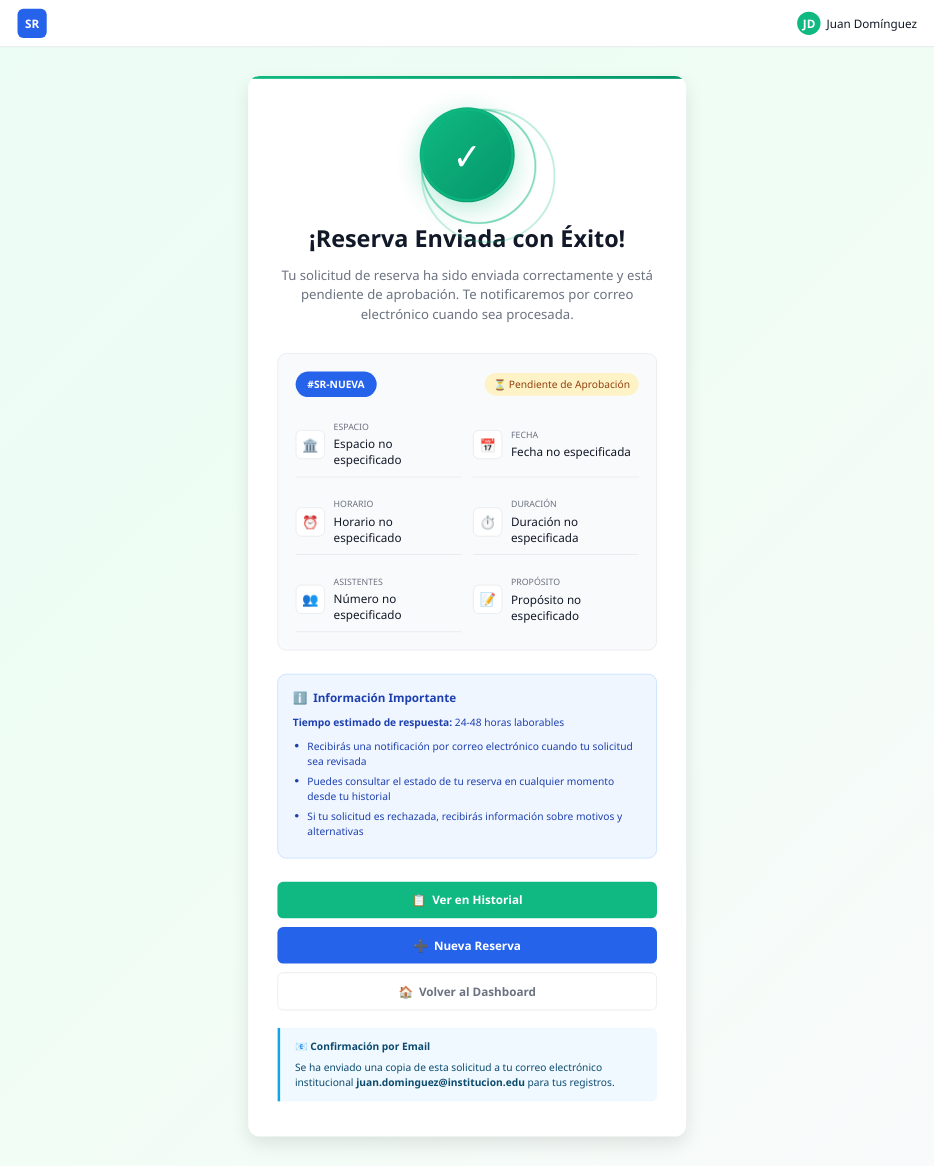
Repository: KeviNozh/Reservadeaula
Page: reservas/templates/reservas/reserva_exitosa.html
These files come from the project's save history. The page is drawn as it stood at one moment and after the next save; the edit follows.
The browser window is 1280 px wide. The pictures show the whole page, at 73% of full size.
The template is drawn by Django 5.2. The application's start-up code is not run. Other server files are loaded and not shown. The template is opened directly, without the code that normally fills it, so the values that code supplies are empty.

Above is the page before, as saved 2025-10-30 00:41:34.

### Inacap_reserva/reservas/templates/reservas/reserva_exitosa.html
<!DOCTYPE html>
<html lang="es">
<head>
    <meta charset="UTF-8">
    <meta name="viewport" content="width=device-width, initial-scale=1.0">
    <title>Confirmación - Sistema de Reservas</title>
    <style>
        * {
            margin: 0;
            padding: 0;
            box-sizing: border-box;
        }

        body {
            font-family: 'Segoe UI', Tahoma, Geneva, Verdana, sans-serif;
            background: linear-gradient(135deg, #ecfdf5 0%, #f0fdf4 50%, #f9fafb 100%);
            color: #111827;
            min-height: 100vh;
            display: flex;
            flex-direction: column;
        }

        /* Header */
        .header {
            background: white;
            border-bottom: 1px solid #e5e7eb;
            padding: 0 24px;
            height: 64px;
            display: flex;
            align-items: center;
            justify-content: space-between;
            box-shadow: 0 1px 3px rgba(0, 0, 0, 0.1);
        }

        .logo-section {
            display: flex;
            align-items: center;
            gap: 12px;
        }

        .logo {
            width: 40px;
            height: 40px;
            background: #2563eb;
            border-radius: 8px;
            display: flex;
            align-items: center;
            justify-content: center;
            color: white;
            font-weight: bold;
        }

        .user-menu {
            display: flex;
            align-items: center;
            gap: 8px;
        }

        .user-avatar {
            width: 32px;
            height: 32px;
            background: #10b981;
            border-radius: 50%;
            display: flex;
            align-items: center;
            justify-content: center;
            color: white;
            font-weight: 600;
        }

        /* Main Content */
        .main-content {
            flex: 1;
            display: flex;
            align-items: center;
            justify-content: center;
            padding: 40px 24px;
        }

        .confirmation-container {
            background: white;
            border-radius: 16px;
            box-shadow: 0 10px 25px rgba(0, 0, 0, 0.1);
            padding: 48px 40px;
            max-width: 600px;
            width: 100%;
            text-align: center;
            position: relative;
            overflow: hidden;
        }

        .confirmation-container::before {
            content: '';
            position: absolute;
            top: 0;
            left: 0;
            right: 0;
            height: 4px;
            background: linear-gradient(90deg, #10b981, #059669);
        }

        /* Success Animation */
        .success-animation {
            width: 120px;
            height: 120px;
            margin: 0 auto 32px;
            position: relative;
            animation: successPulse 2s ease-in-out infinite;
        }

        .success-icon {
            width: 120px;
            height: 120px;
            background: linear-gradient(135deg, #10b981, #059669);
            border-radius: 50%;
            display: flex;
            align-items: center;
            justify-content: center;
            font-size: 48px;
            color: white;
            box-shadow: 0 8px 32px rgba(16, 185, 129, 0.3);
        }

        @keyframes successPulse {
            0%, 100% { transform: scale(1); }
            50% { transform: scale(1.05); }
        }

        .success-rings {
            position: absolute;
            top: 50%;
            left: 50%;
            transform: translate(-50%, -50%);
            width: 120px;
            height: 120px;
        }

        .success-ring {
            position: absolute;
            border: 2px solid #10b981;
            border-radius: 50%;
            opacity: 0;
            animation: ringExpand 2s ease-out infinite;
        }

        .success-ring:nth-child(1) {
            animation-delay: 0s;
        }

        .success-ring:nth-child(2) {
            animation-delay: 0.5s;
        }

        .success-ring:nth-child(3) {
            animation-delay: 1s;
        }

        @keyframes ringExpand {
            0% {
                width: 120px;
                height: 120px;
                opacity: 1;
            }
            100% {
                width: 200px;
                height: 200px;
                opacity: 0;
            }
        }

        /* Content */
        .success-title {
            font-size: 32px;
            font-weight: 700;
            color: #111827;
            margin-bottom: 16px;
        }

        .success-message {
            font-size: 18px;
            color: #6b7280;
            margin-bottom: 40px;
            line-height: 1.5;
        }

        /* Reservation Details Card */
        .reservation-card {
            background: #f9fafb;
            border: 1px solid #e5e7eb;
            border-radius: 12px;
            padding: 24px;
            margin-bottom: 32px;
            text-align: left;
        }

        .reservation-header {
            display: flex;
            align-items: center;
            justify-content: space-between;
            margin-bottom: 20px;
            flex-wrap: wrap;
            gap: 12px;
        }

        .reservation-number {
            background: #2563eb;
            color: white;
            padding: 8px 16px;
            border-radius: 20px;
            font-weight: 600;
            font-size: 14px;
        }

        .reservation-status {
            display: flex;
            align-items: center;
            gap: 6px;
            background: #fef3c7;
            color: #92400e;
            padding: 6px 12px;
            border-radius: 20px;
            font-size: 14px;
            font-weight: 500;
        }

        .reservation-details {
            display: grid;
            grid-template-columns: repeat(auto-fit, minmax(200px, 1fr));
            gap: 16px;
        }

        .detail-item {
            display: flex;
            align-items: center;
            gap: 12px;
            padding: 12px 0;
            border-bottom: 1px solid #e5e7eb;
        }

        .detail-item:last-child {
            border-bottom: none;
        }

        .detail-icon {
            width: 40px;
            height: 40px;
            background: white;
            border-radius: 8px;
            display: flex;
            align-items: center;
            justify-content: center;
            font-size: 18px;
            border: 1px solid #e5e7eb;
        }

        .detail-content {
            flex: 1;
        }

        .detail-label {
            font-size: 12px;
            color: #6b7280;
            text-transform: uppercase;
            font-weight: 500;
            margin-bottom: 4px;
        }

        .detail-value {
            font-size: 16px;
            color: #111827;
            font-weight: 500;
        }

        /* Information Section */
        .info-section {
            background: #eff6ff;
            border: 1px solid #bfdbfe;
            border-radius: 12px;
            padding: 20px;
            margin-bottom: 32px;
            text-align: left;
        }

        .info-header {
            display: flex;
            align-items: center;
            gap: 8px;
            margin-bottom: 12px;
        }

        .info-title {
            font-size: 16px;
            font-weight: 600;
            color: #1e40af;
        }

        .info-content {
            color: #1e40af;
            font-size: 14px;
            line-height: 1.5;
        }

        .info-list {
            margin: 12px 0 0 0;
            padding-left: 20px;
        }

        .info-list li {
            margin-bottom: 6px;
        }

        /* Action Buttons */
        .action-buttons {
            display: flex;
            flex-direction: column;
            gap: 12px;
        }

        .action-btn {
            padding: 14px 24px;
            border: none;
            border-radius: 8px;
            font-weight: 600;
            font-size: 16px;
            cursor: pointer;
            transition: all 0.3s ease;
            text-decoration: none;
            display: flex;
            align-items: center;
            justify-content: center;
            gap: 8px;
        }

        .action-btn.primary {
            background: #10b981;
            color: white;
        }

        .action-btn.primary:hover {
            background: #059669;
            transform: translateY(-2px);
            box-shadow: 0 4px 12px rgba(16, 185, 129, 0.3);
        }

        .action-btn.secondary {
            background: #2563eb;
            color: white;
        }

        .action-btn.secondary:hover {
            background: #1d4ed8;
            transform: translateY(-2px);
            box-shadow: 0 4px 12px rgba(37, 99, 235, 0.3);
        }

        .action-btn.link {
            background: none;
            color: #6b7280;
            border: 1px solid #e5e7eb;
        }

        .action-btn.link:hover {
            background: #f9fafb;
            color: #374151;
        }

        /* Additional Info */
        .additional-info {
            background: #f0f9ff;
            border-left: 4px solid #0ea5e9;
            padding: 16px 20px;
            margin-top: 24px;
            border-radius: 0 8px 8px 0;
            text-align: left;
        }

        .additional-info-title {
            font-size: 14px;
            font-weight: 600;
            color: #0c4a6e;
            margin-bottom: 8px;
        }

        .additional-info-text {
            font-size: 14px;
            color: #0c4a6e;
            line-height: 1.5;
        }

        /* Responsive */
        @media (max-width: 768px) {
            .main-content {
                padding: 20px 16px;
            }

            .confirmation-container {
                padding: 32px 24px;
            }

            .success-title {
                font-size: 28px;
            }

            .success-message {
                font-size: 16px;
            }

            .reservation-details {
                grid-template-columns: 1fr;
            }

            .reservation-header {
                flex-direction: column;
                align-items: flex-start;
            }

            .action-buttons {
                margin-top: 24px;
            }
        }

        @media (max-width: 480px) {
            .success-animation {
                width: 100px;
                height: 100px;
            }

            .success-icon {
                width: 100px;
                height: 100px;
                font-size: 40px;
            }

            .success-rings {
                width: 100px;
                height: 100px;
            }

            .success-title {
                font-size: 24px;
            }
        }
    </style>
</head>
<body>
    <!-- Header -->
    <header class="header">
        <div class="logo-section">
            <div class="logo">SR</div>
        </div>

        <div class="user-menu">
            <div class="user-avatar">JD</div>
            <span>Juan Domínguez</span>
        </div>
    </header>

    <!-- Main Content -->
    <main class="main-content">
        <div class="confirmation-container">
            <!-- Success Animation -->
            <div class="success-animation">
                <div class="success-icon">✓</div>
                <div class="success-rings">
                    <div class="success-ring"></div>
                    <div class="success-ring"></div>
                    <div class="success-ring"></div>
                </div>
            </div>

            <!-- Success Message -->
            <h1 class="success-title">¡Reserva Enviada con Éxito!</h1>
            <p class="success-message">
                Tu solicitud de reserva ha sido enviada correctamente y está pendiente de aprobación.
                Te notificaremos por correo electrónico cuando sea procesada.
            </p>

            <!-- Reservation Details Card -->
           <!-- Reservation Details Card -->
            <!-- Reservation Details Card -->
            <div class="reservation-card">
                <div class="reservation-header">
                    <div class="reservation-number">
                        {% if reserva %}
                            #SR-{{ reserva.id }}
                        {% else %}
                            #SR-NUEVA
                        {% endif %}
                        </div>
                        <div class="reservation-status">
                        ⏳ Pendiente de Aprobación
                    </div>
                </div>

                <div class="reservation-details">
                    <div class="detail-item">
                        <div class="detail-icon">🏛️</div>
                        <div class="detail-content">
                            <div class="detail-label">Espacio</div>
                            <div class="detail-value">
                                {% if reserva and reserva.espacio %}
                                    {{ reserva.espacio.nombre }}
                                {% else %}
                                    Espacio no especificado
                                {% endif %}
                            </div>
                        </div>
                    </div>

                    <div class="detail-item">
                        <div class="detail-icon">📅</div>
                        <div class="detail-content">
                            <div class="detail-label">Fecha</div>
                            <div class="detail-value">
                                {% if reserva and reserva.fecha_reserva %}
                                    {{ reserva.fecha_reserva|date:"l, d M Y" }}
                                {% else %}
                                    Fecha no especificada
                                {% endif %}
                            </div>
                        </div>
                    </div>

                    <div class="detail-item">
                        <div class="detail-icon">⏰</div>
                        <div class="detail-content">
                            <div class="detail-label">Horario</div>
                            <div class="detail-value">
                                {% if reserva and reserva.hora_inicio and reserva.hora_fin %}
                                    {{ reserva.hora_inicio|time:"H:i" }} - {{ reserva.hora_fin|time:"H:i" }}
                                {% else %}
                                    Horario no especificado
                                {% endif %}
                            </div>
                        </div>
                    </div>

                    <div class="detail-item">
                        <div class="detail-icon">⏱️</div>
                        <div class="detail-content">
                            <div class="detail-label">Duración</div>
                            <div class="detail-value">
                                {% if reserva and reserva.hora_inicio and reserva.hora_fin %}
                                    {% with inicio=reserva.hora_inicio fin=reserva.hora_fin %}
                                        {{ fin.hour|add:fin.minute|divisibleby:60 }} horas
                                    {% endwith %}
                                {% else %}
                                    Duración no especificada
                                {% endif %}
                            </div>
                        </div>
                    </div>

                    <div class="detail-item">
                        <div class="detail-icon">👥</div>
                        <div class="detail-content">
                            <div class="detail-label">Asistentes</div>
                            <div class="detail-value">
                                {% if reserva and reserva.num_asistentes %}
                                    {{ reserva.num_asistentes }} personas
                                {% else %}
                                    Número no especificado
                                {% endif %}
                            </div>
                        </div>
                    </div>

                    <div class="detail-item">
                        <div class="detail-icon">📝</div>
                        <div class="detail-content">
                            <div class="detail-label">Propósito</div>
                            <div class="detail-value">
                                {% if reserva and reserva.proposito %}
                                    {{ reserva.proposito }}
                                {% else %}
                                    Propósito no especificado
                                {% endif %}
                            </div>
                        </div>
                    </div>
                </div>
            </div>

            <!-- Information Section -->
            <div class="info-section">
                <div class="info-header">
                    <span>ℹ️</span>
                    <h3 class="info-title">Información Importante</h3>
                </div>
                <div class="info-content">
                    <strong>Tiempo estimado de respuesta:</strong> 24-48 horas laborables
                    <ul class="info-list">
                        <li>Recibirás una notificación por correo electrónico cuando tu solicitud sea revisada</li>
                        <li>Puedes consultar el estado de tu reserva en cualquier momento desde tu historial</li>
                        <li>Si tu solicitud es rechazada, recibirás información sobre motivos y alternativas</li>
                    </ul>
                </div>
            </div>

            <!-- Action Buttons -->
            <div class="action-buttons">
                <a href="#" class="action-btn primary">
                    <span>📋</span>
                    Ver en Historial
                </a>
                <a href="#" class="action-btn secondary">
                    <span>➕</span>
                    Nueva Reserva
                </a>
                <a href="#" class="action-btn link">
                    <span>🏠</span>
                    Volver al Dashboard
                </a>
            </div>

            <!-- Additional Info -->
            <div class="additional-info">
                <h4 class="additional-info-title">📧 Confirmación por Email</h4>
                <p class="additional-info-text">
                    Se ha enviado una copia de esta solicitud a tu correo electrónico institucional
                    <strong>juan.dominguez@institucion.edu</strong> para tus registros.
                </p>
            </div>
        </div>
    </main>

    <script>
        // Add some interactive effects
        document.addEventListener('DOMContentLoaded', function() {
            // Animate the success icon after page load
            setTimeout(() => {
                const successIcon = document.querySelector('.success-icon');
                successIcon.style.animation = 'successPulse 2s ease-in-out infinite';
            }, 500);

            // Add click handlers for buttons
            const buttons = document.querySelectorAll('.action-btn');
            buttons.forEach(button => {
                button.addEventListener('click', function(e) {
                    e.preventDefault();

                    // Add click animation
                    this.style.transform = 'scale(0.98)';
                    setTimeout(() => {
                        this.style.transform = '';
                    }, 150);

                    // Handle different button actions
                    const buttonText = this.textContent.trim();
                    if (buttonText.includes('Historial')) {
                        alert('Redirigiendo al historial de reservas...');
                    } else if (buttonText.includes('Nueva Reserva')) {
                        alert('Abriendo formulario de nueva reserva...');
                    } else if (buttonText.includes('Dashboard')) {
                        alert('Volviendo al dashboard principal...');
                    }
                });
            });

            // Copy reservation number functionality
            const reservationNumber = document.querySelector('.reservation-number');
            reservationNumber.addEventListener('click', function() {
                const text = this.textContent.trim();
                navigator.clipboard.writeText(text).then(() => {
                    const originalText = this.textContent;
                    this.textContent = '✓ Copiado!';
                    this.style.background = '#10b981';

                    setTimeout(() => {
                        this.textContent = originalText;
                        this.style.background = '#2563eb';
                    }, 2000);
                }).catch(() => {
                    console.log('No se pudo copiar al portapapeles');
                });
            });

            // Add hover effect to reservation card
            const reservationCard = document.querySelector('.reservation-card');
            reservationCard.addEventListener('mouseenter', function() {
                this.style.transform = 'scale(1.02)';
                this.style.boxShadow = '0 4px 12px rgba(0, 0, 0, 0.1)';
            });

            reservationCard.addEventListener('mouseleave', function() {
                this.style.transform = 'scale(1)';
                this.style.boxShadow = '';
            });
        });

        // Auto-redirect functionality (commented out for demo)
        // setTimeout(() => {
        //     window.location.href = '/dashboard';
        // }, 10000); // Redirect after 10 seconds
    </script>
</body>
</html>

After the next save:
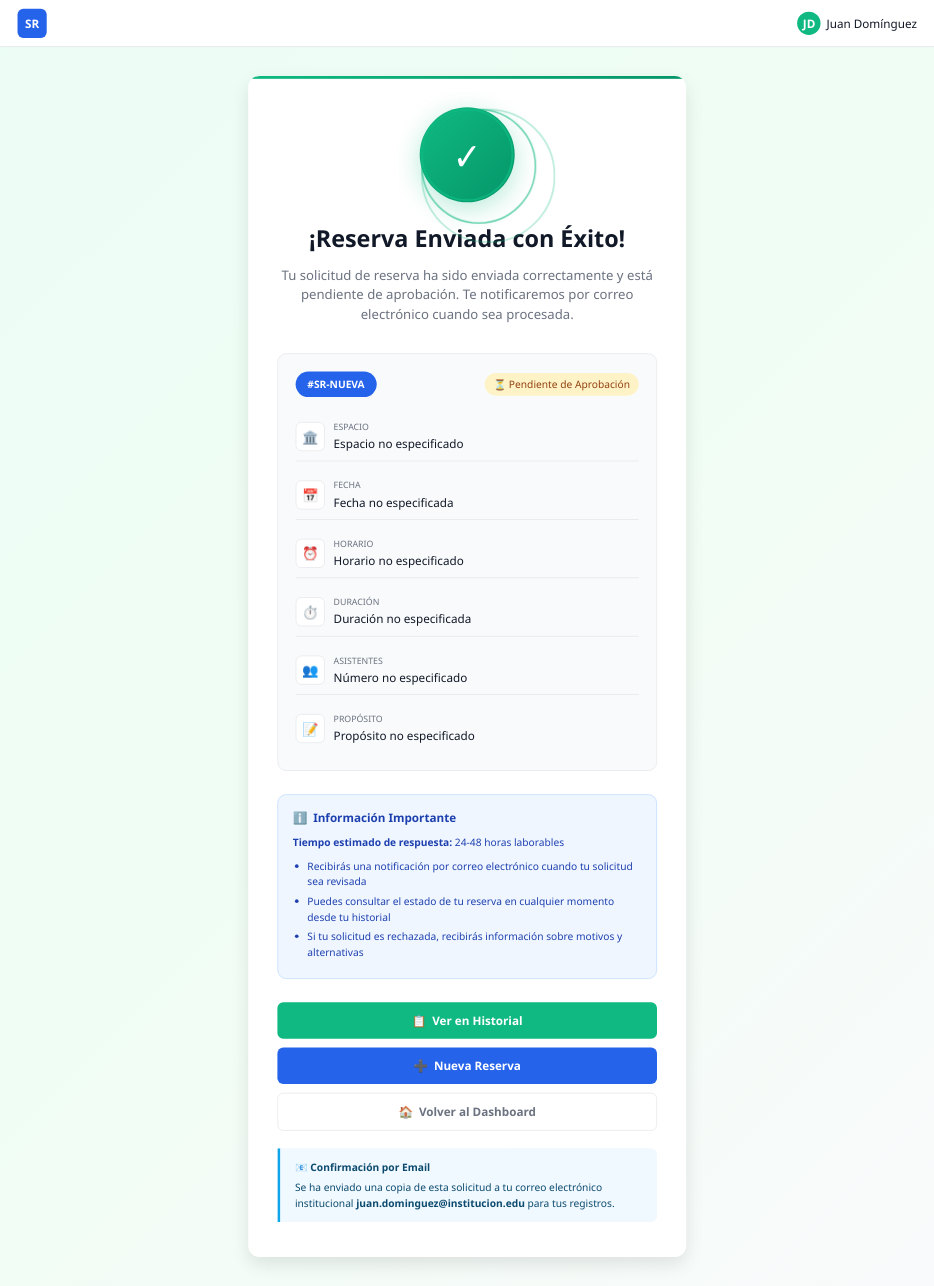
Saved 43 s later.
--- a/Inacap_reserva/reservas/templates/reservas/reserva_exitosa.html
+++ b/Inacap_reserva/reservas/templates/reservas/reserva_exitosa.html
@@ -223,53 +223,53 @@
             font-weight: 500;
         }
 
-        .reservation-details {
-            display: grid;
-            grid-template-columns: repeat(auto-fit, minmax(200px, 1fr));
-            gap: 16px;
-        }
-
-        .detail-item {
-            display: flex;
-            align-items: center;
-            gap: 12px;
-            padding: 12px 0;
-            border-bottom: 1px solid #e5e7eb;
-        }
-
-        .detail-item:last-child {
-            border-bottom: none;
-        }
-
-        .detail-icon {
-            width: 40px;
-            height: 40px;
-            background: white;
-            border-radius: 8px;
-            display: flex;
-            align-items: center;
-            justify-content: center;
-            font-size: 18px;
-            border: 1px solid #e5e7eb;
-        }
-
-        .detail-content {
-            flex: 1;
-        }
-
-        .detail-label {
-            font-size: 12px;
-            color: #6b7280;
-            text-transform: uppercase;
-            font-weight: 500;
-            margin-bottom: 4px;
-        }
-
-        .detail-value {
-            font-size: 16px;
-            color: #111827;
-            font-weight: 500;
-        }
+.reservation-details {
+    display: flex;
+    flex-direction: column;
+    gap: 12px;
+}
+
+.detail-item {
+    display: flex;
+    align-items: center;
+    gap: 12px;
+    padding: 12px 0;
+    border-bottom: 1px solid #e5e7eb;
+}
+
+.detail-item:last-child {
+    border-bottom: none;
+}
+
+.detail-icon {
+    width: 40px;
+    height: 40px;
+    background: white;
+    border-radius: 8px;
+    display: flex;
+    align-items: center;
+    justify-content: center;
+    font-size: 18px;
+    border: 1px solid #e5e7eb;
+}
+
+.detail-content {
+    flex: 1;
+}
+
+.detail-label {
+    font-size: 12px;
+    color: #6b7280;
+    text-transform: uppercase;
+    font-weight: 500;
+    margin-bottom: 4px;
+}
+
+.detail-value {
+    font-size: 16px;
+    color: #111827;
+    font-weight: 500;
+}
 
         /* Information Section */
         .info-section {
